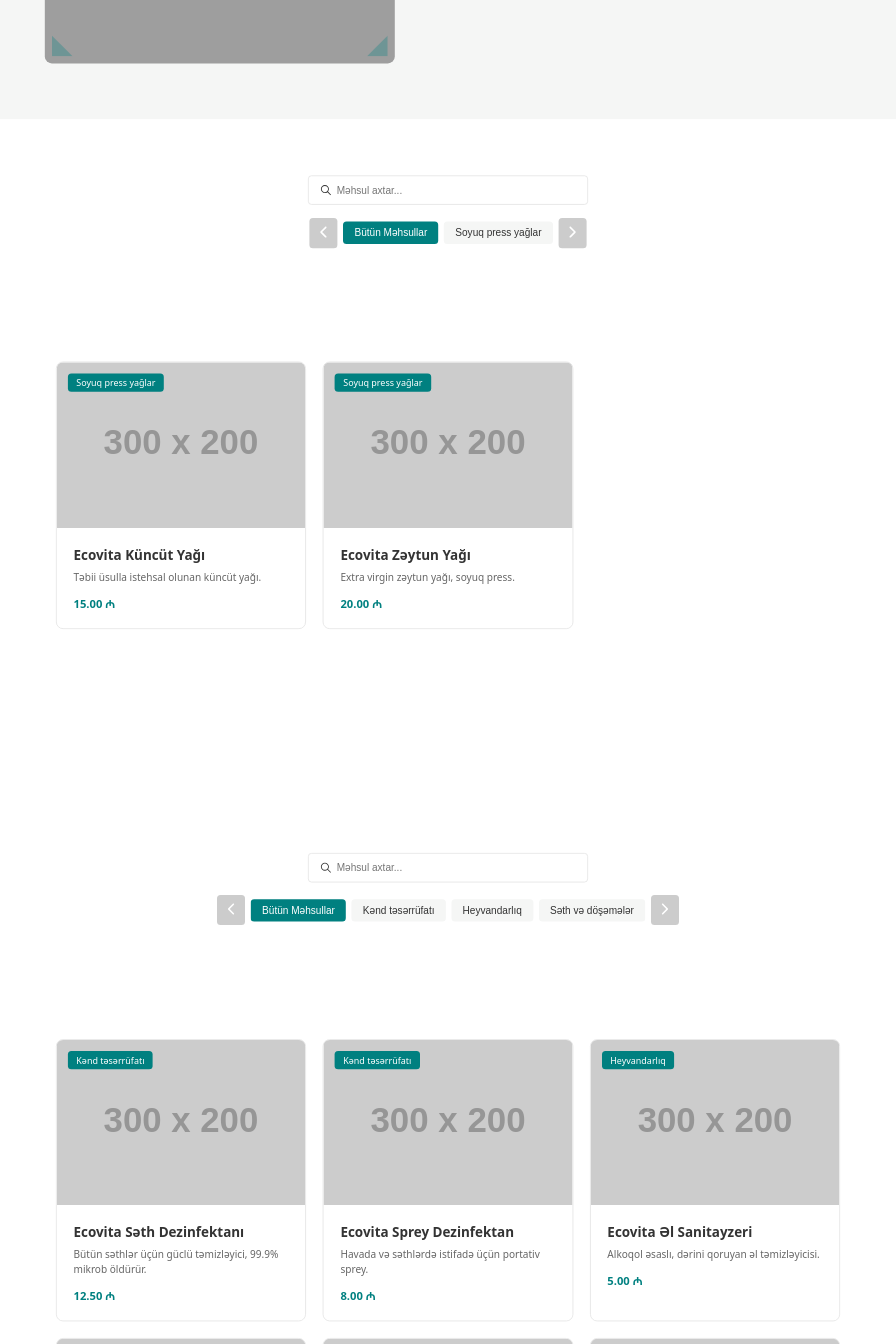
Repository: ferhadsultan98/ecovita
Page: /
These files come from the project's save history. The page is drawn as it stood at one moment and after the next save; the edit follows.
The browser window is 1280 px wide. The pictures show the part of the page from y = 1382 to 3302 px (the page is 4396 px tall before and 4494 px after), at 70% of full size.
Pictures or frames that could not be fetched are drawn as grey boxes. The project was rebuilt for these pictures with package versions that can differ from the ones it lists, and the page was loaded fresh each time. Also part of the build but not shown: vite.config.js.

Above is the page before, as saved 2025-05-02 15:54:48.

After the next save:
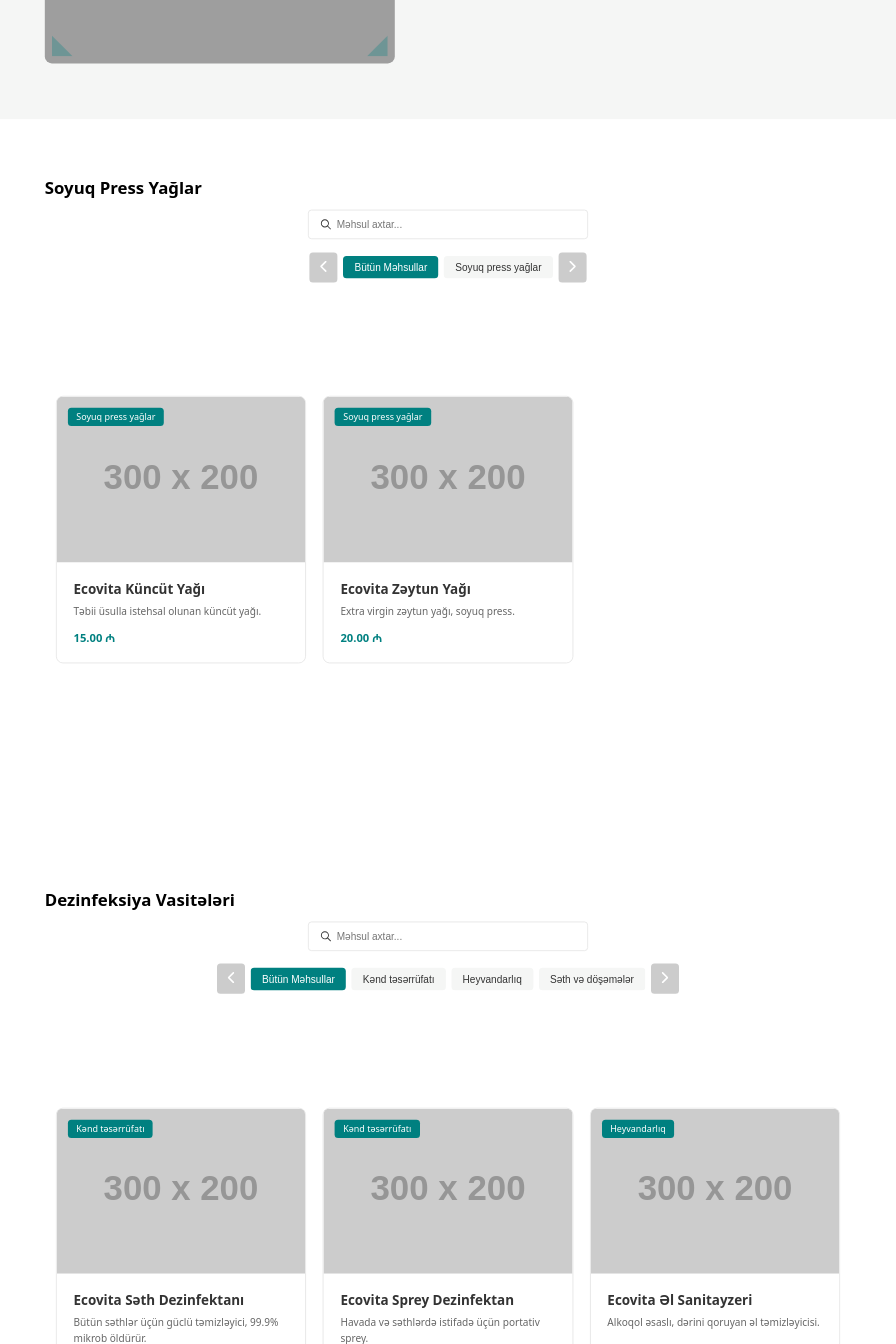
Saved 26 s later.
--- a/src/Pages/MenuSection/MenuSection.jsx
+++ b/src/Pages/MenuSection/MenuSection.jsx
@@ -355,6 +355,7 @@
           <div className="container">
             {fetchError && <div className="error-message">{fetchError}</div>}
             <div className="menu-navbar-content">
+            <h2 className="section-title">{title}</h2>
               <div className="menu-search">
                 <div className="search-input-wrapper">
                   <IoIosSearch className="search-icon" />
